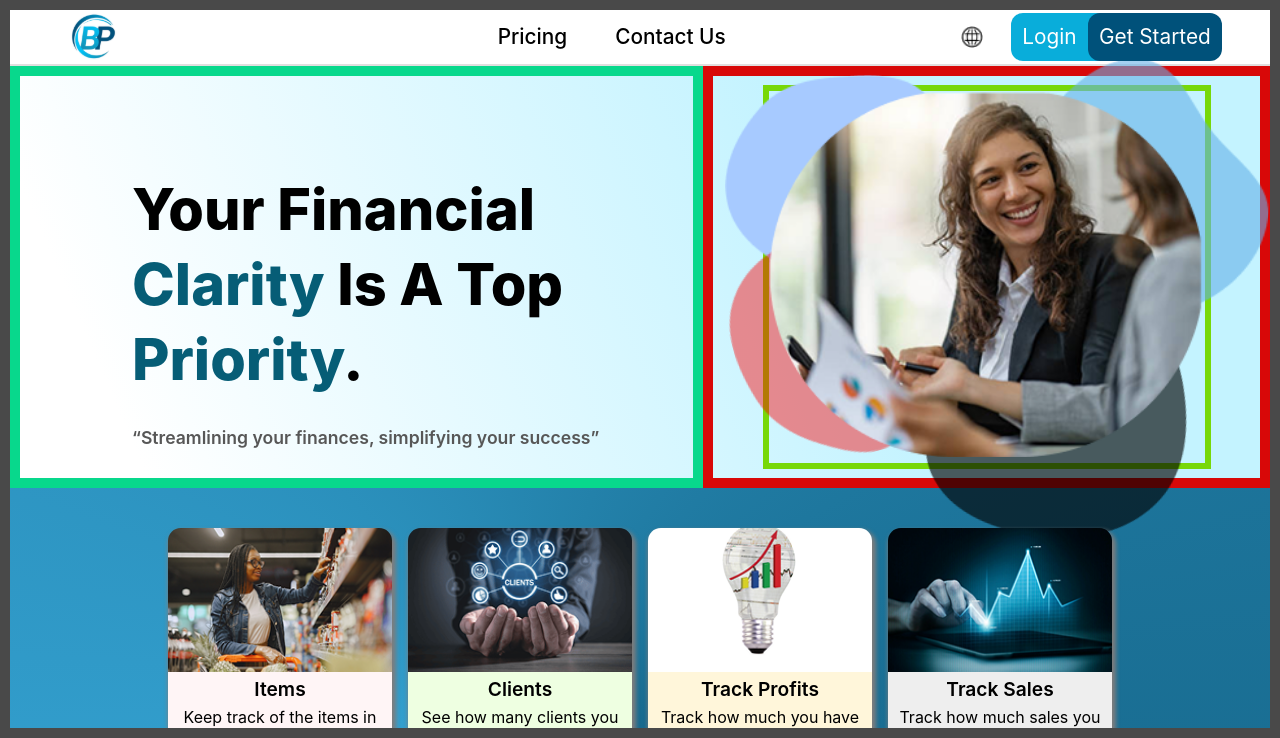
Repository: dark-txch/Bizpadi
Page: /
An editor plug-in stored every save of this project. The page is shown before and after the next save, followed by the edit.
The browser window is 1280 px wide. The pictures show the whole page.
The project was rebuilt for these pictures with package versions that can differ from the ones it lists, and the page was loaded fresh each time. Also part of the build but not shown: vite.config.js, src/components/ErrorBoundary.jsx, src/components/LandingPage/PricingPage/Pricing.jsx, src/components/LandingPage/LogInPage/LogIn.jsx.

Above is the page before, as saved 2025-04-09 20:06:26.

After the next save:
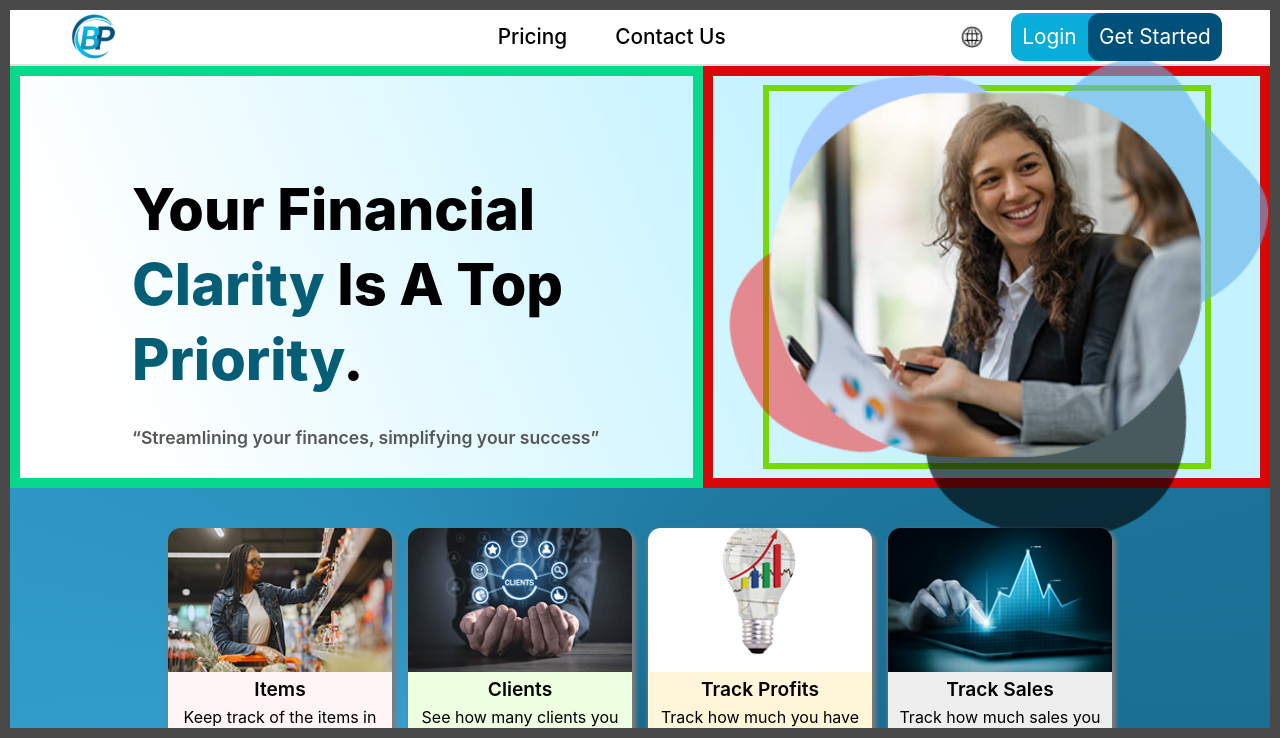
Saved 5 s later.
--- a/src/components/LandingPage/MidSection.css
+++ b/src/components/LandingPage/MidSection.css
@@ -91,7 +91,7 @@
 	width: 14rem;
 	height: 13rem;
 	top: -3rem;
-	right: 13rem;
+	right: 9rem;
 	transform: translate(-3rem, 2rem);
 }
 
